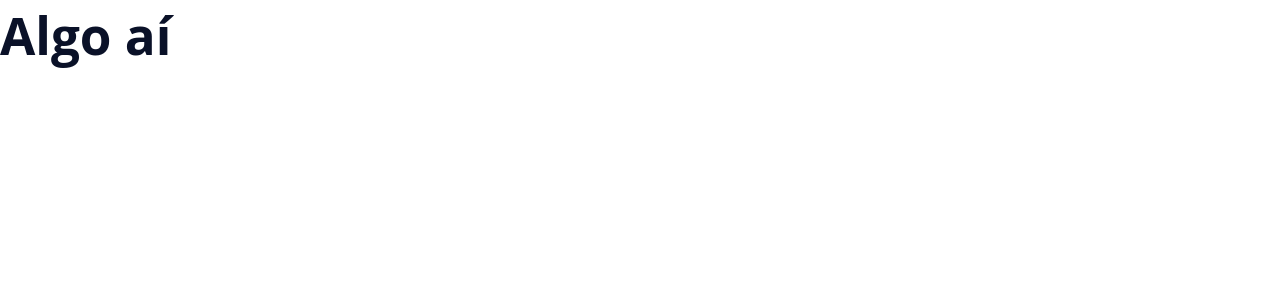
Repository: MatheusAlvesPereiraRosa/landing-pages-front
Page: /
An editor plug-in stored every save of this project. The page is shown before and after the next save, followed by the edit.
The browser window is 1280 px wide. The pictures show the whole page.
The project was rebuilt for these pictures with package versions that can differ from the ones it lists, and the page was loaded fresh each time.

Above is the page before, as saved 2023-05-22 10:22:07.

After the next save:
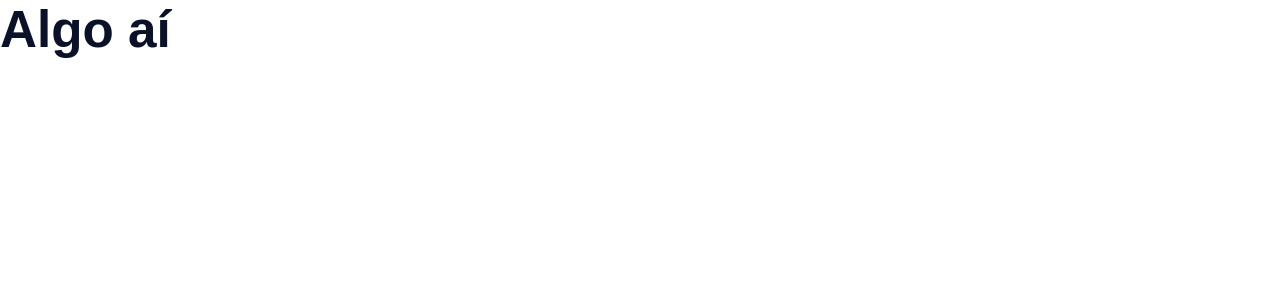
Saved 12 s later.
--- a/src/styles/global-styles.js
+++ b/src/styles/global-styles.js
@@ -14,11 +14,11 @@ export const GlobalStyles = createGlobalStyle`
 
   body {
     font-size: 1.6rem;
-    font-family: 'Open Sans', sans-serif
+    font-family: 'Open Sans', sans-serif;
   }
 
   h1 {
-    font-family: 'Open Sans', sans-serif
+    font-family: 'Montserrat', sans-serif;
   }
   ;
 `
